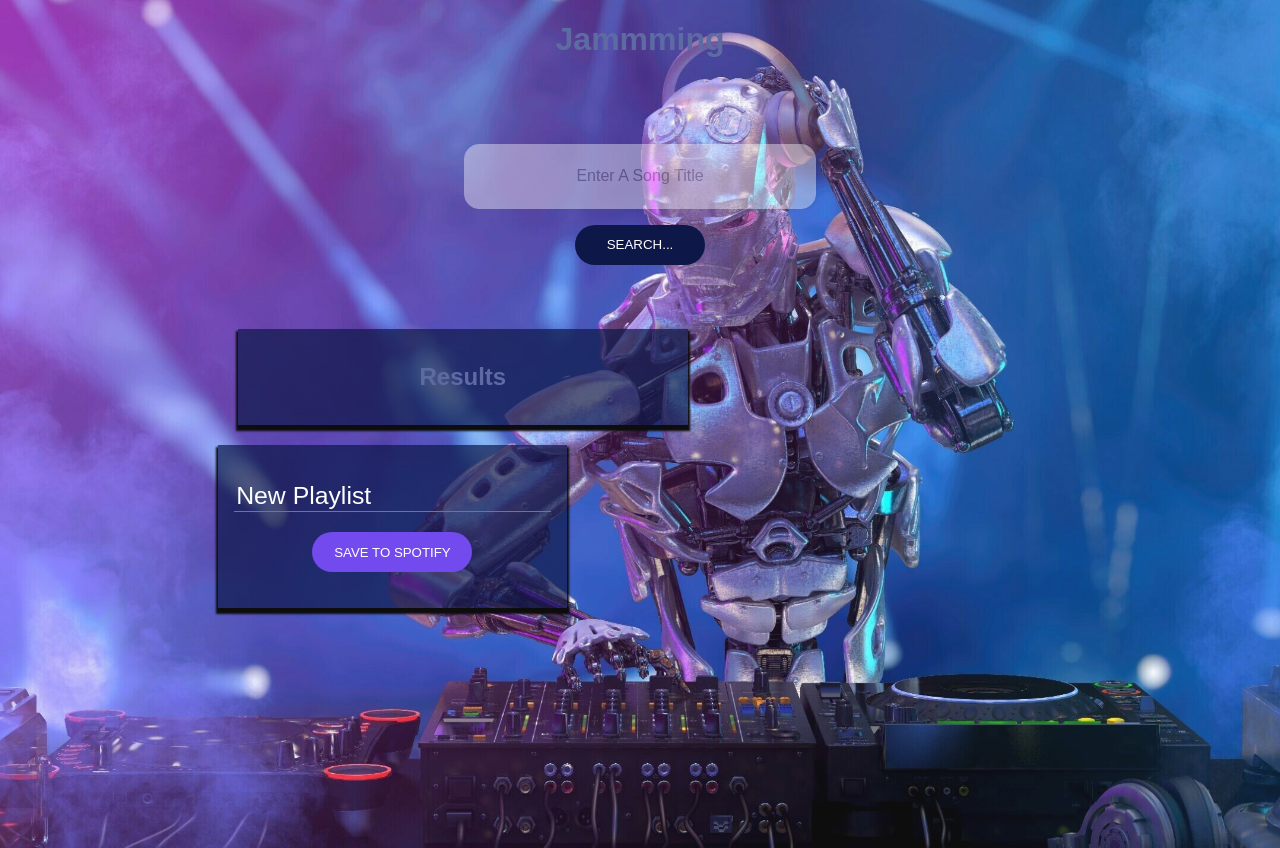
Repository: LolaSL/jamming
Page: /
These files come from the project's save history. The page is drawn as it stood at one moment and after the next save; the edit follows.
The browser window is 1280 px wide. The pictures show the whole page.
The project was rebuilt for these pictures with package versions that can differ from the ones it lists, and the page was loaded fresh each time. Also part of the build but not shown: src/components/Track/Track.css, src/components/Track/Track.jsx.

Above is the page before, as saved 2023-06-22 18:38:29.

After the next save:
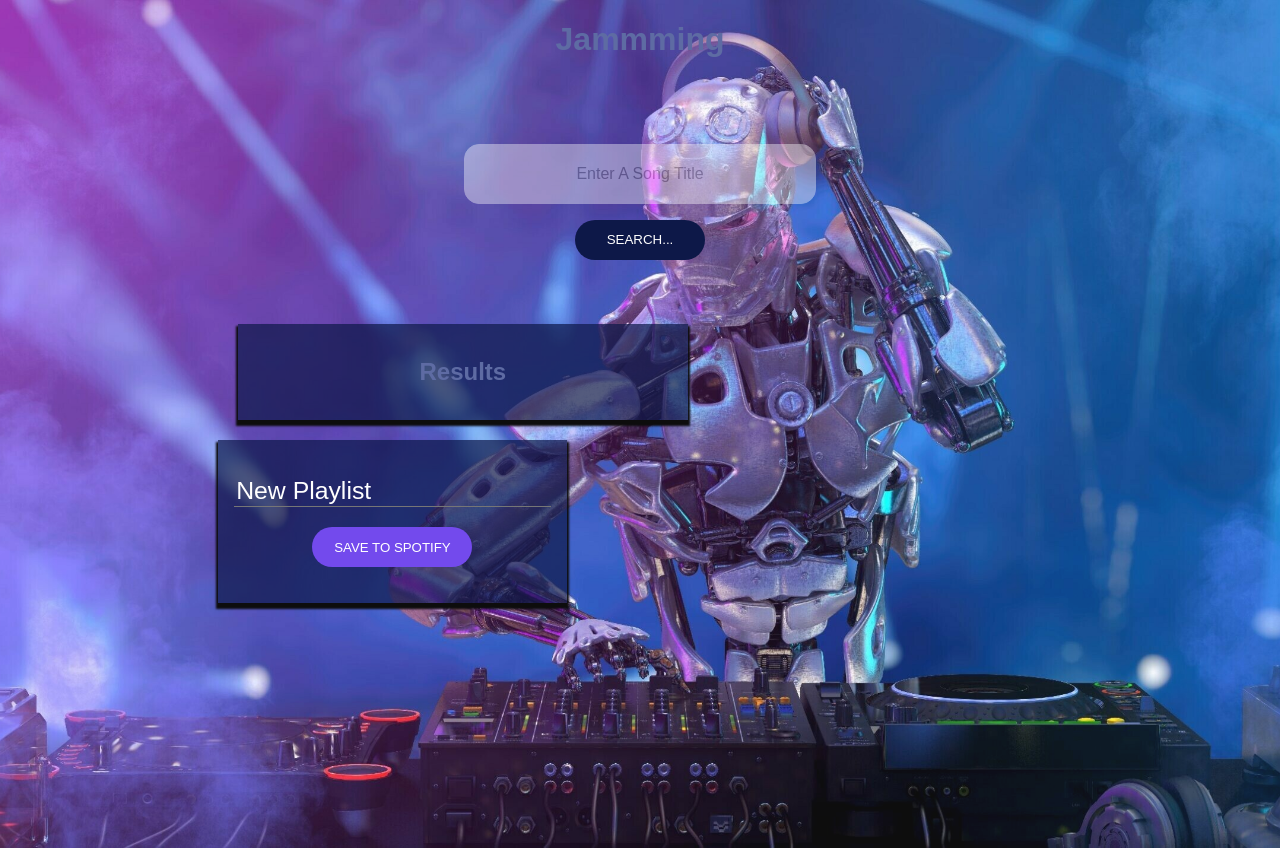
Saved 11 s later.
--- a/src/components/SearchBar/SearchBar.css
+++ b/src/components/SearchBar/SearchBar.css
@@ -8,7 +8,7 @@
 
   .SearchBar input {
     width: 350px;
-    height: 35px;
+    height: 30px;
     padding: .88rem 0;
     border: 1px solid #fff;
     border-radius: 15px;
